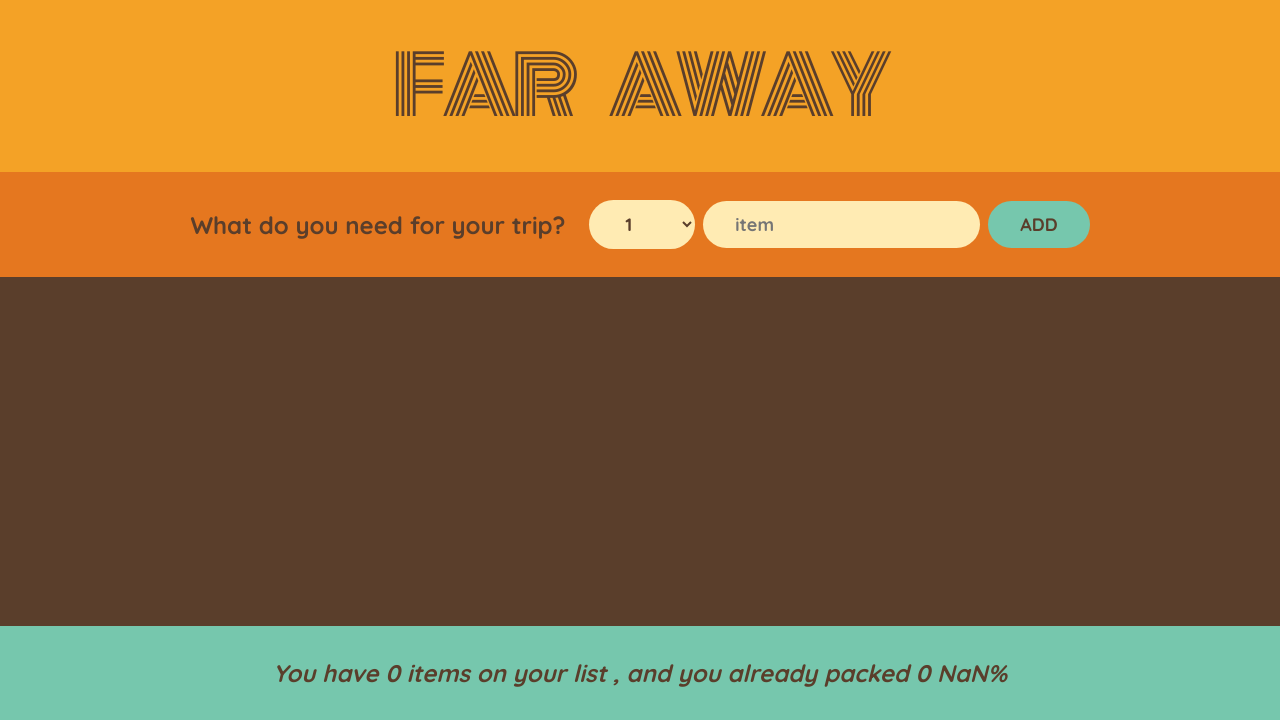
Repository: ahmedharidy/react-checklist
Page: /
An editor plug-in stored every save of this project. The page is shown before and after the next save, followed by the edit.
The browser window is 1280 px wide. The pictures show the whole page.
The project was rebuilt for these pictures with package versions that can differ from the ones it lists, and the page was loaded fresh each time.

Above is the page before, as saved 2026-10-04 19:34:02.

After the next save:
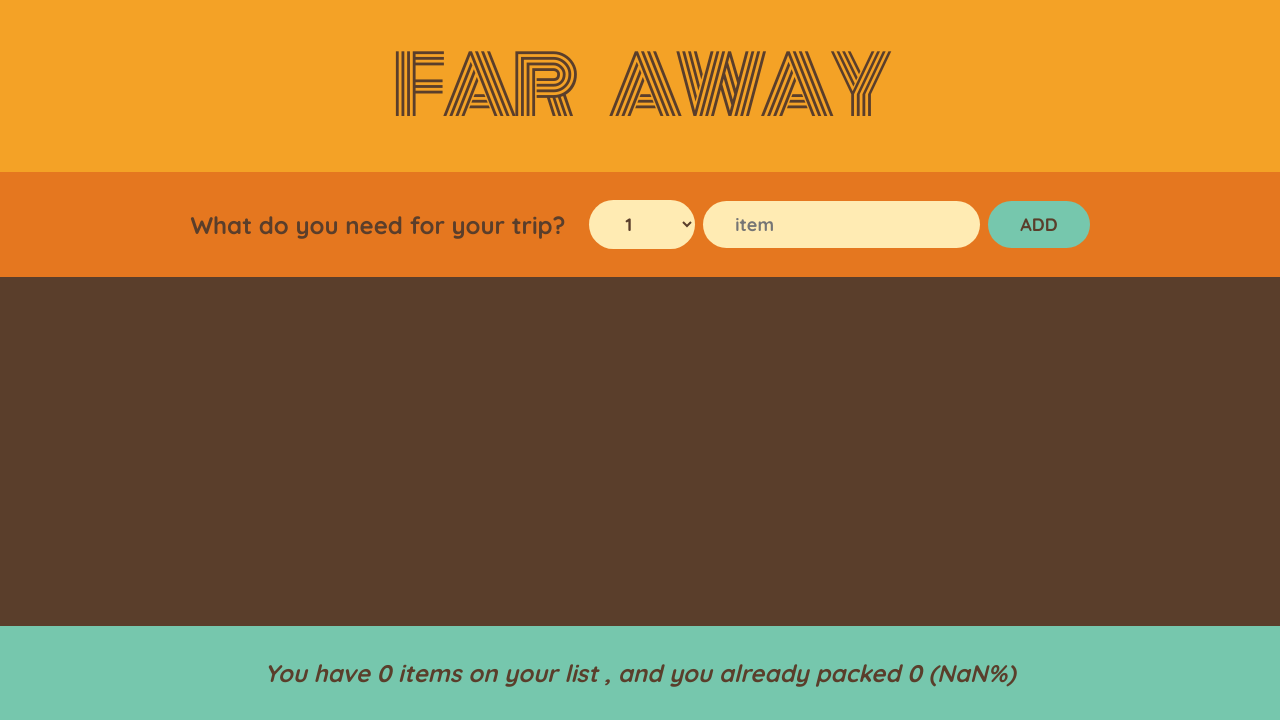
Saved 9 s later.
--- a/src/App.js
+++ b/src/App.js
@@ -117,7 +117,7 @@
     <footer className="stats">
       <em>
         You have {numItems} items on your list , and you already packed{" "}
-        {numPacked} {`${percentage}%`}
+        {numPacked} {`(${percentage}%)`}
       </em>
     </footer>
   );
